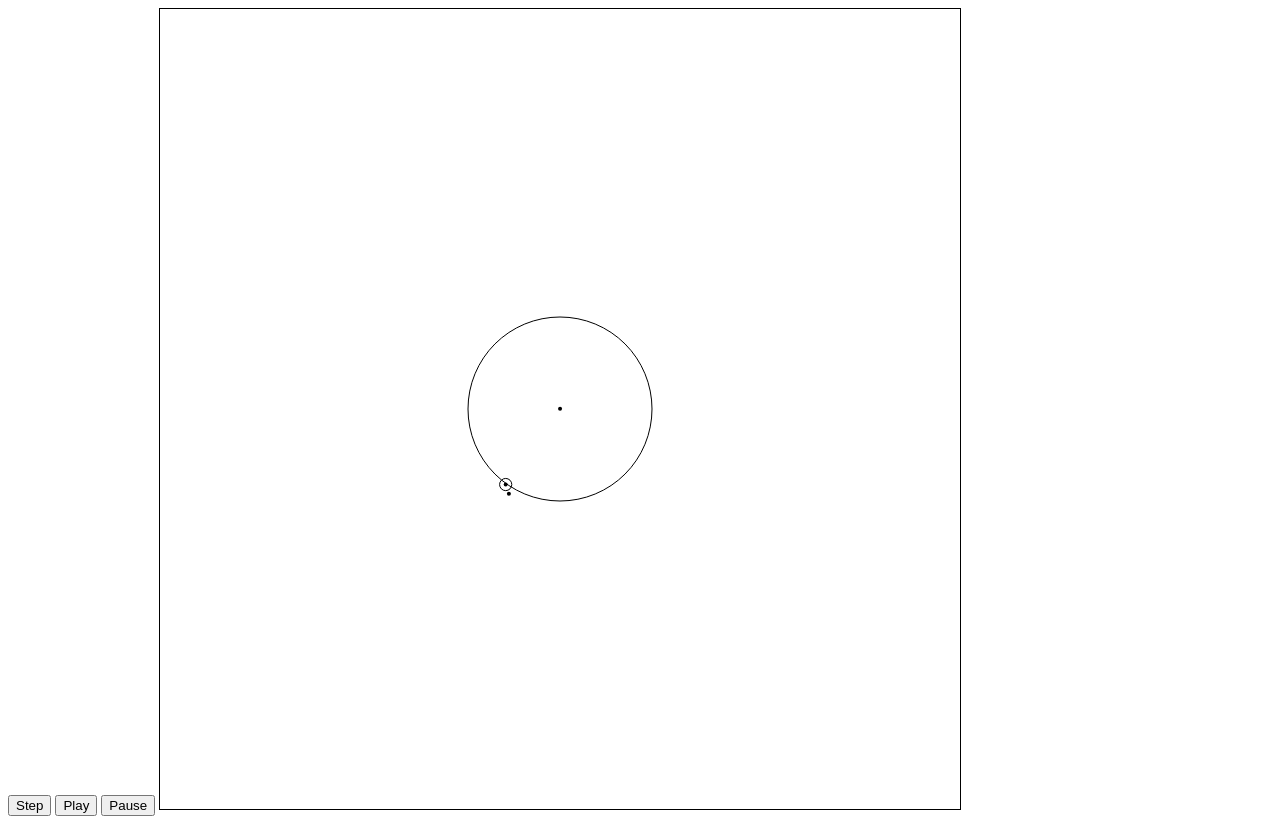
Repository: blahnikkai/n-body-simulation
Page: index.html
These files come from the project's save history. The page is drawn as it stood at one moment and after the next save; the edit follows.
The browser window is 1280 px wide. The pictures show the whole page.

Above is the page before, as saved 2024-02-22 16:02:06.

After the next save:
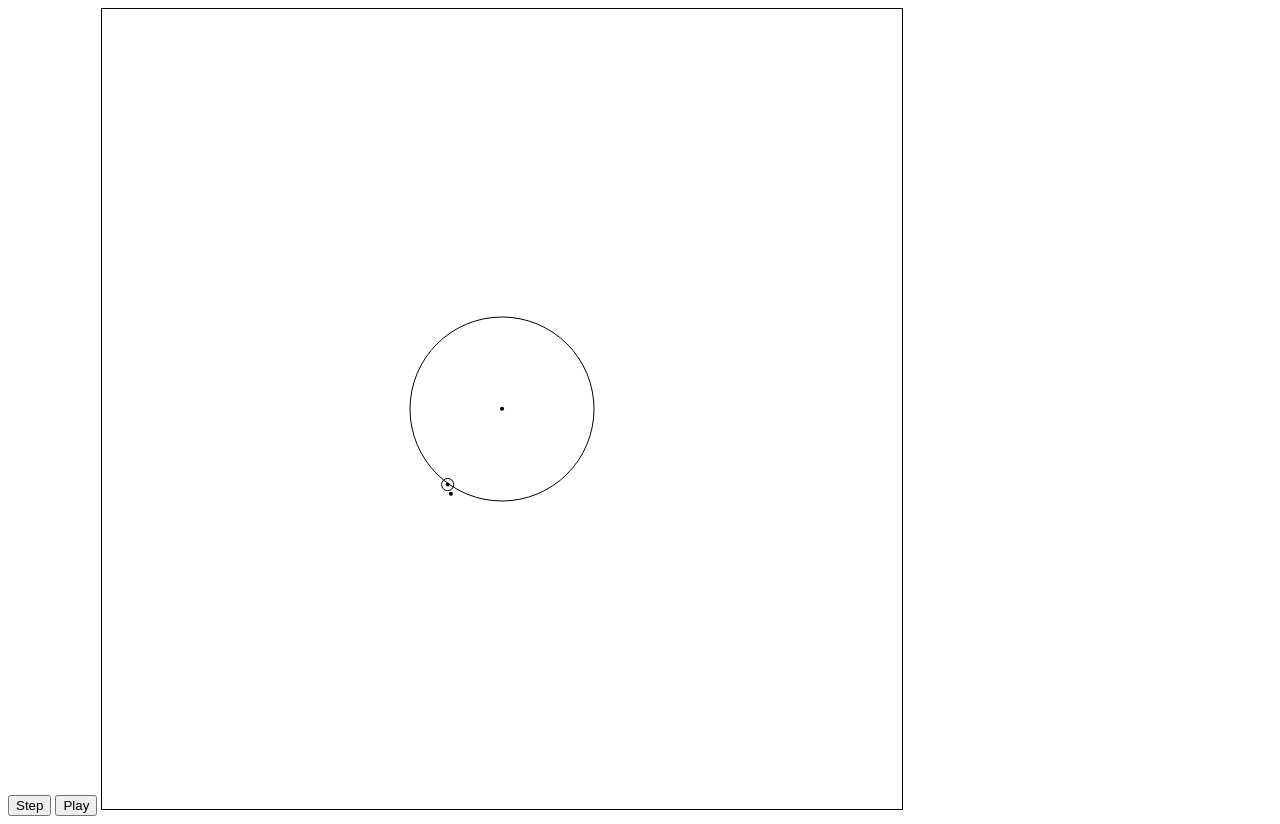
Saved 6 s later.
--- a/index.html
+++ b/index.html
@@ -10,7 +10,6 @@
     <body>
         <button id="step">Step</button>
         <button id="play">Play</button>
-        <button id="pause">Pause</button>
         <canvas id="canvas" width="800" height="800">
     </body>
 </html>
